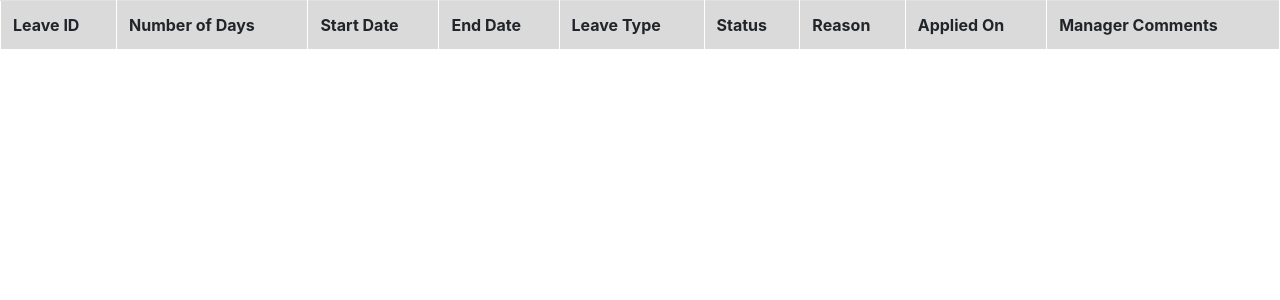
Repository: rkmr039/EMS_PROJECT
Page: http://localhost/EMS/MyLeaves.jsp
An editor plug-in stored every save of this project. The page is shown before and after the next save, followed by the edit.
The browser window is 1280 px wide. The pictures show the whole page.
The page is served by Tomcat 9.

Above is the page before, as saved 2019-08-27 05:46:26.
Console error: TypeError: Cannot read properties of undefined (reading 'fn')

After the next save:
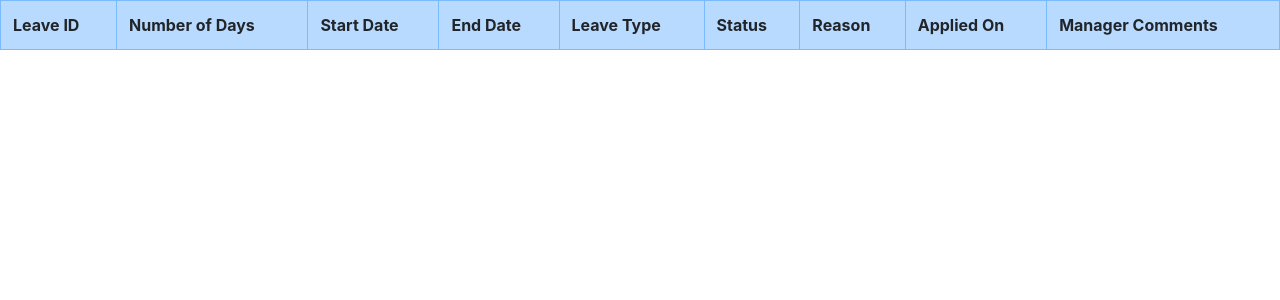
Saved 85 s later.
--- a/EMS/WebContent/MyLeaves.jsp
+++ b/EMS/WebContent/MyLeaves.jsp
@@ -10,7 +10,7 @@
 </head>
 <body>
 	<table class="table" border="1" bordercolor=white>
-		<tr class="table-active">
+		<tr class="table-primary">
 			<th>Leave ID</th>
 			<th>Number of Days</th>
 			<th>Start Date</th>
